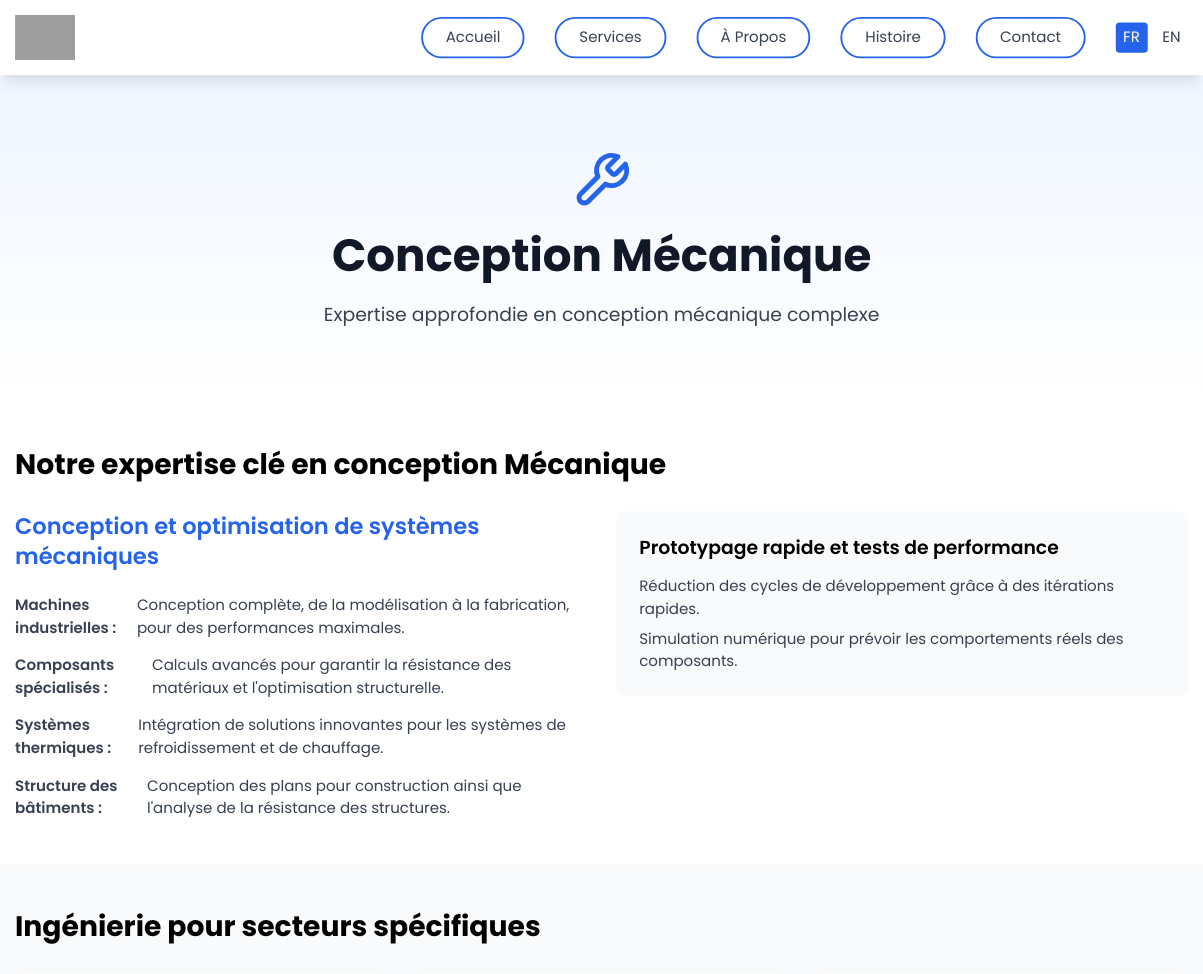
Repository: yannick930424/fanma-website
Page: /services/mechanical
An editor plug-in stored every save of this project. The page is shown before and after the next save, followed by the edit.
The browser window is 1280 px wide. The pictures show the part of the page from y = 0 to 1036 px (the page is 2773 px tall before and 3193 px after), at 94% of full size.
Pictures or frames that could not be fetched are drawn as grey boxes. The page's requests for data from a server got no answer. The project was rebuilt for these pictures with package versions that can differ from the ones it lists, and the page was loaded fresh each time. No one was signed in, and anything a server would have sent is missing. Also part of the build but not shown: vite.config.ts.

Above is the page before, as saved 2025-01-04 01:39:49.

After the next save:
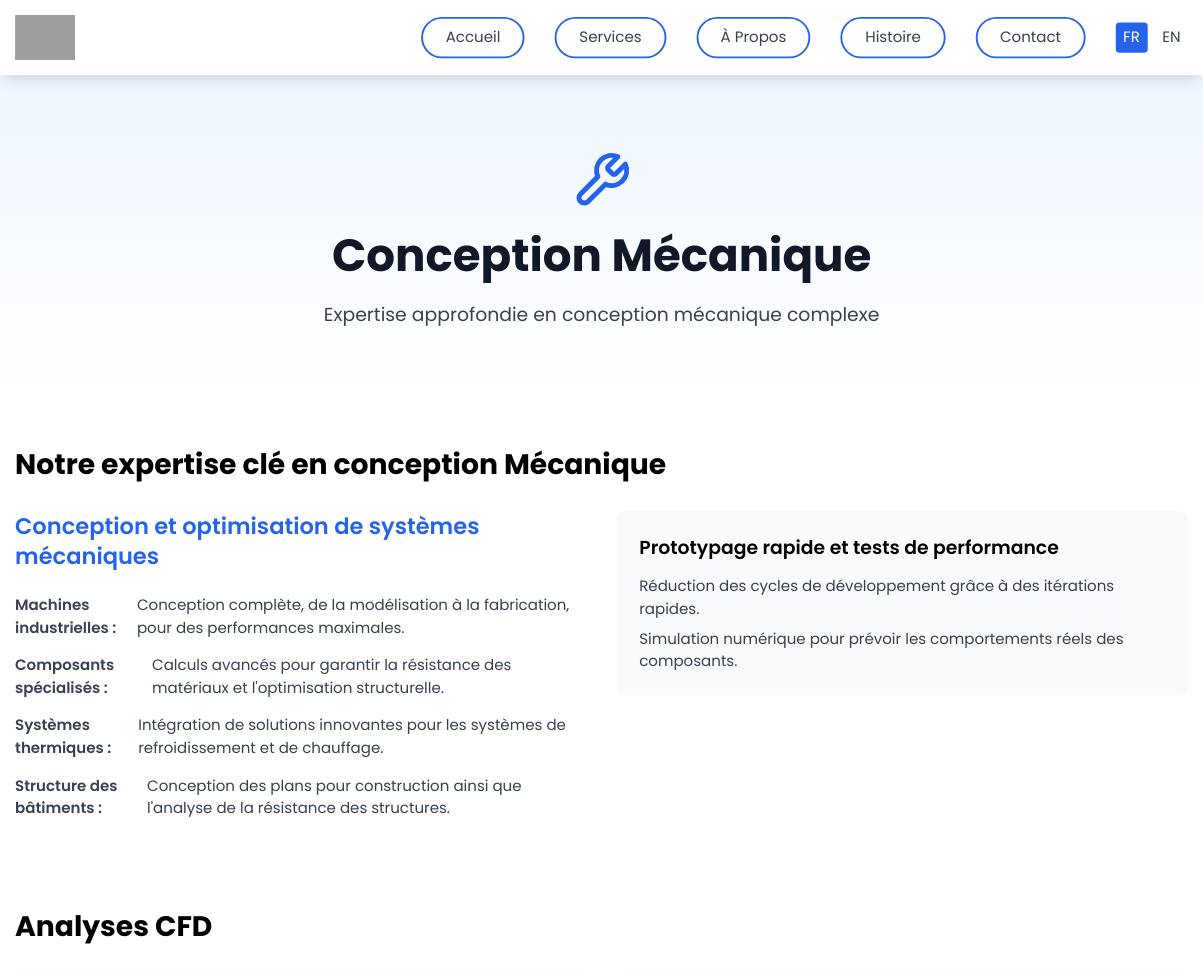
Saved 84 s later.
--- a/src/pages/services/MechanicalService.tsx
+++ b/src/pages/services/MechanicalService.tsx
@@ -5,12 +5,14 @@ import ExpertiseSection from '../../components/services/mechanical/ExpertiseSect
 import IndustriesSection from '../../components/services/mechanical/IndustriesSection';
 import ProcessSection from '../../components/services/mechanical/ProcessSection';
 import WhyChooseSection from '../../components/services/mechanical/WhyChooseSection';
+import CFDSection from '../../components/services/mechanical/CFDSection';
 
 export default function MechanicalService() {
   return (
     <div>
       <ServiceHero serviceKey="mechanical" />
       <ExpertiseSection />
+      <CFDSection />
       <IndustriesSection />
       <ProcessSection />
       <WhyChooseSection />
